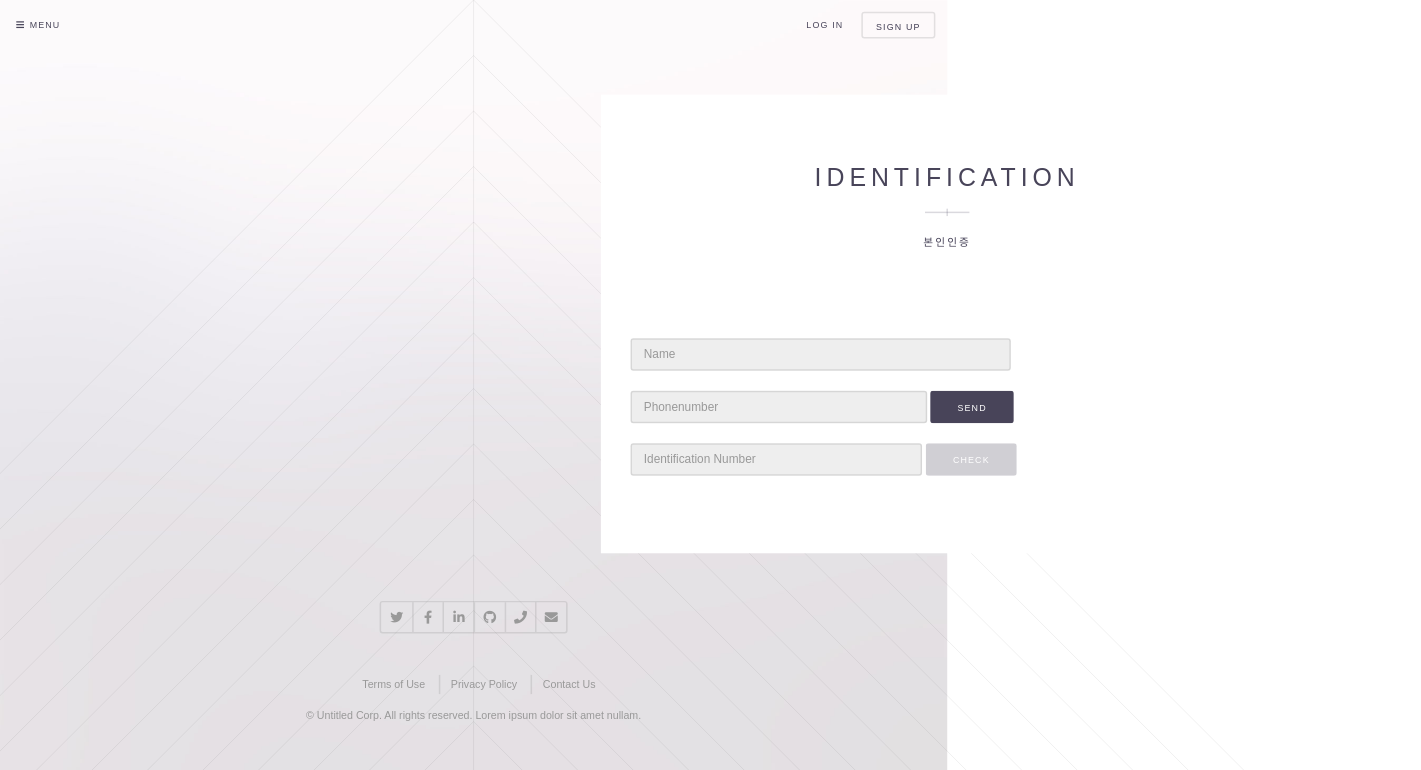
Repository: WKMoon/JavaScript-Project
Page: myFront/WebContent/identification.html
The author's editor kept a copy of each file at every save. The page is drawn from the files as they stood at one save, then again after the next save.
The browser window is 1280 px wide. The page is 1920 px wide, then 1280 px, so the pictures cover 1920 px, including what lies to the right of the window. The pictures show the whole page, at 74% of full size.
Some web fonts or font styles are not loaded; a fallback is used.

Above is the page before, as saved 2021-03-01 23:50:11.

After the next save:
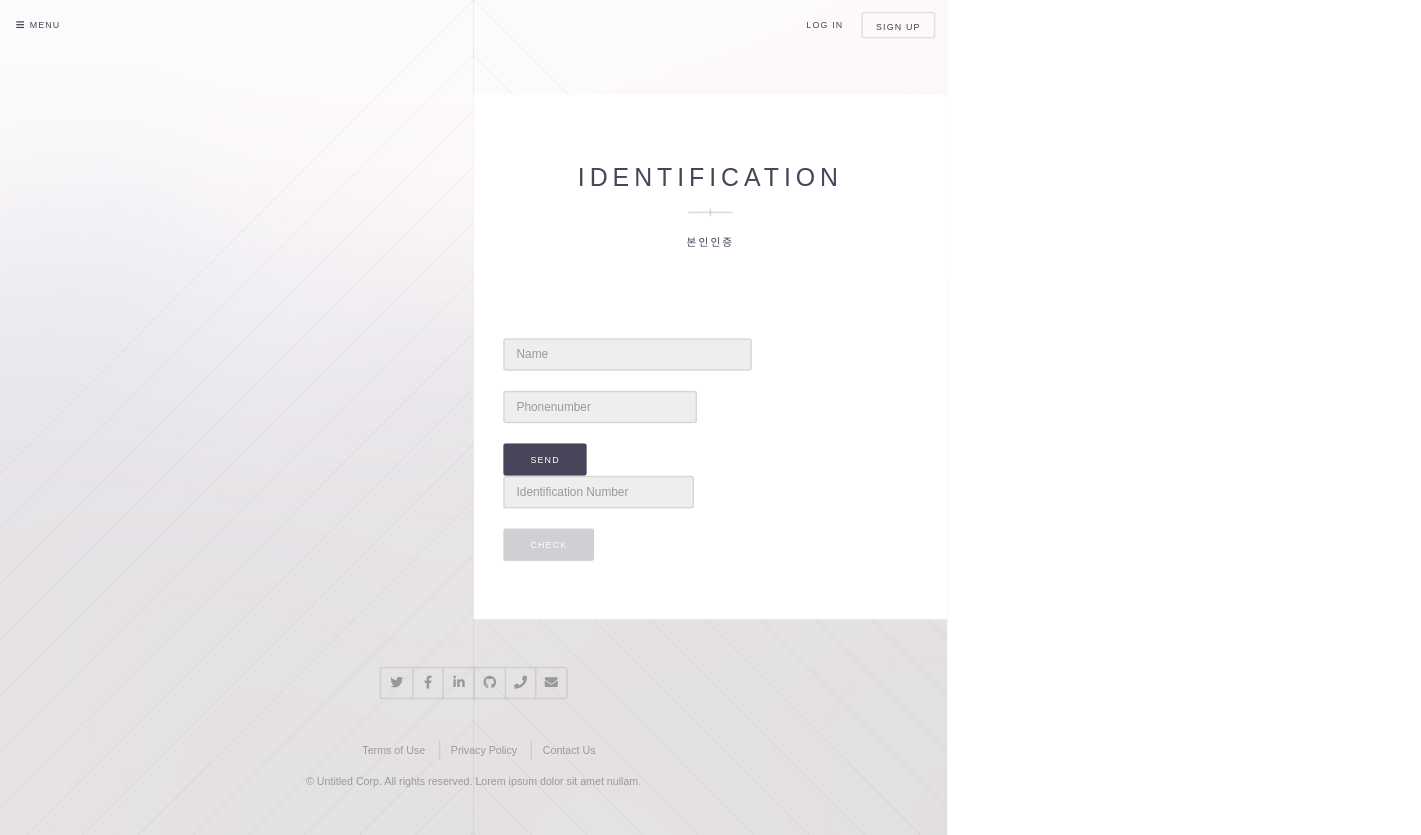
Saved 11 s later.
--- a/myFront/WebContent/identification.html
+++ b/myFront/WebContent/identification.html
@@ -30,7 +30,7 @@
 
 
 		<!-- Main -->
-			<section id="main" class="wrapper style1" style="left:50%;">
+			<section id="main" class="wrapper style1" style="padding-left:50%;">
 				<div class="inner">
 
 					<!-- Title -->
